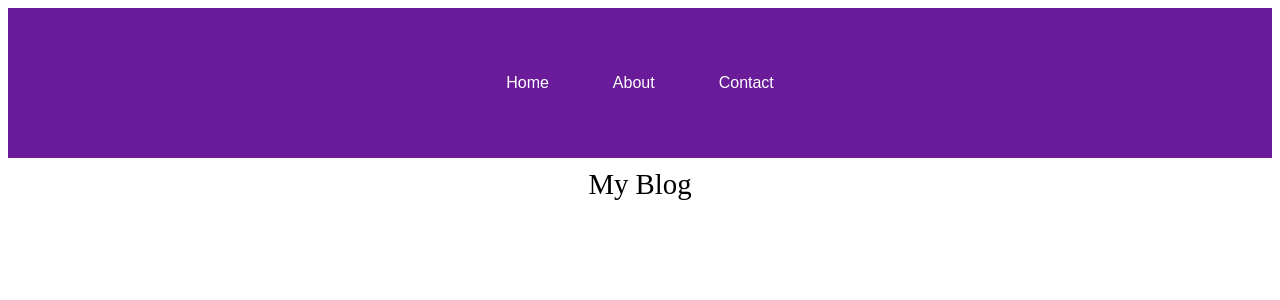
Repository: Femi007-gh/BLOG
Page: index.html
These files come from the project's save history. The page is drawn as it stood at one moment and after the next save; the edit follows.
The browser window is 1280 px wide. The pictures show the whole page.

Above is the page before, as saved 2025-01-08 07:32:25.

After the next save:
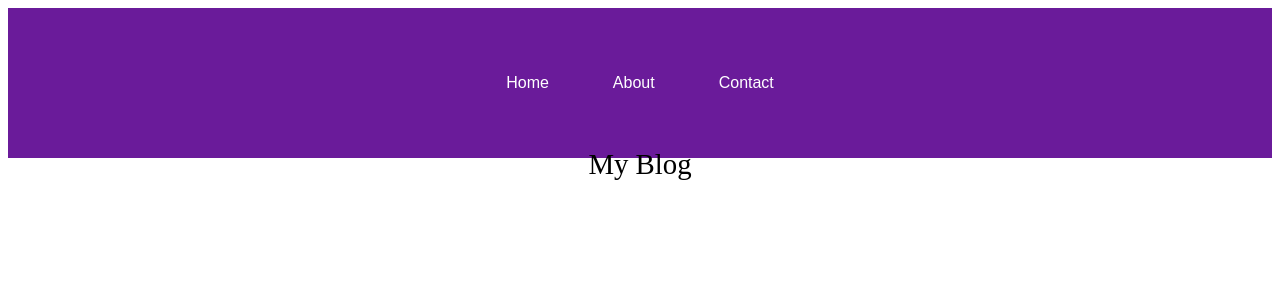
Saved 6 s later.
--- a/style.css
+++ b/style.css
@@ -28,7 +28,7 @@ nav {
     }
 
     p {
-      margin-top: 10px;
+      margin-top: -10px;
       font-size: 1.8rem;
 
       text-align: center;
